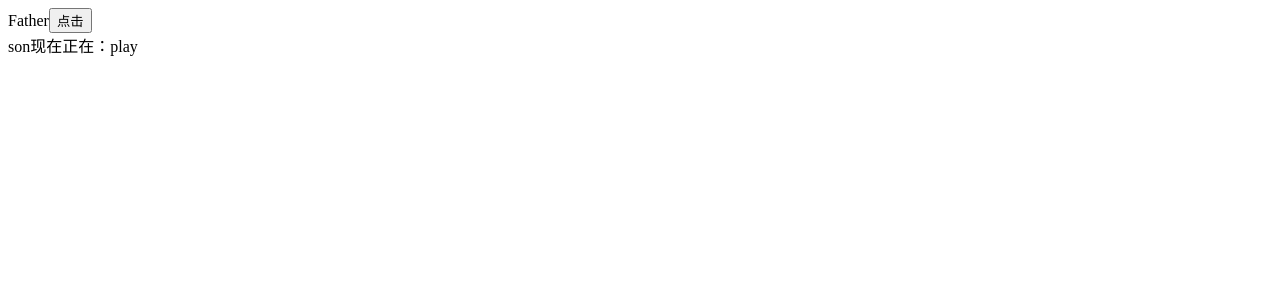
Repository: WanYouwen/react_study_code
Page: day01/01-基础/10-state-change.html
These files come from the project's save history. The page is drawn as it stood at one moment and after the next save; the edit follows.
The browser window is 1280 px wide. The pictures show the whole page.

Above is the page before, as saved 2020-08-04 17:09:16.

### day01/01-基础/10-state-change.html
<!DOCTYPE html>
<html lang="en">
  <head>
    <meta charset="UTF-8" />
    <meta name="viewport" content="width=device-width, initial-scale=1.0" />
    <meta http-equiv="X-UA-Compatible" content="ie=edge" />
    <title></title>
  </head>
  <body>
    <div id="app"></div>
  </body>
  <script src="../../base/react.min.js"></script>
  <script src="../../base/react-dom.min.js"></script>
  <script src="../../base//browser.min.js"></script>

  <script type="text/babel">
    /*
    总结：
      父子组件通信
        1. state定义在父组件中
        2. 父组件更改
        3. 父组件通过属性绑定 传递 数据给 子组件


        状态只和自己相关，由自己维护

        属性不要自己修改，可以从父组件获取，也可以子组件自己设置

        组件在运行时自己需要修改的数据其实就是状态而已

   */

    // var Father = React.createClass({
    //   getDefaultProps: function(){
    //     return {
    //       name: '张三'
    //     }
    //   },
    //   getInitialState: function(){
    //     return {
    //       doing: 'playing games'
    //     }
    //   },
    //   stateChange: function(){
    //     this.setState({
    //       doing: 'do homework'
    //     })
    //   },
    //   render: function(){
    //     return (
    //       <div>
    //         Father
    //         <button onClick = { this.stateChange } > 踢一脚 </button>
    //         老爸的名字是： { this.props.name }
    //         <hr/>
    //         <Son doing = { this.state.doing }></Son>
    //       </div>
    //     )
    //   }
    // })
    var Father = React.createClass({
      getDefaultProps() {
        return {
          name: 'zhangsan',
        };
      },
      getInitialState() {
        return {
          doing: 'play',
        };
      },
      stateChange() {
        this.setState({
          doing: 'do homework',
        });
      },
      render() {
        console.log(this, 'Father');
        return (
          <div>
            Father
            <button onClick={this.stateChange}>点击</button>
            <Son doing={this.state.doing}></Son>
          </div>
        );
      },
    });

    var Son = React.createClass({
      render() {
        console.log(this, 'Son');
        return <div>son现在正在：{this.props.doing}</div>;
      },
    });

    // var Son = React.createClass({

    //   render: function(){
    //     return (
    //       <div>
    //         son现在正在： { this.props.doing }
    //       </div>
    //     )
    //   }
    // })
    class Clock extends React.Component {
      constructor(props) {
        super(props);
        this.state = { date: new Date() };
      }

      render() {
        return (
          <div>
            <h1>Hello, world!</h1>
            <h2>It is {this.state.date.toLocaleTimeString()}.</h2>
          </div>
        );
      }
    }
    ReactDOM.render(<Father />, app);
  </script>
</html>

Loaded but not shown: base/react.min.js (library); base/react-dom.min.js (library); base/browser.min.js (library)

After the next save:
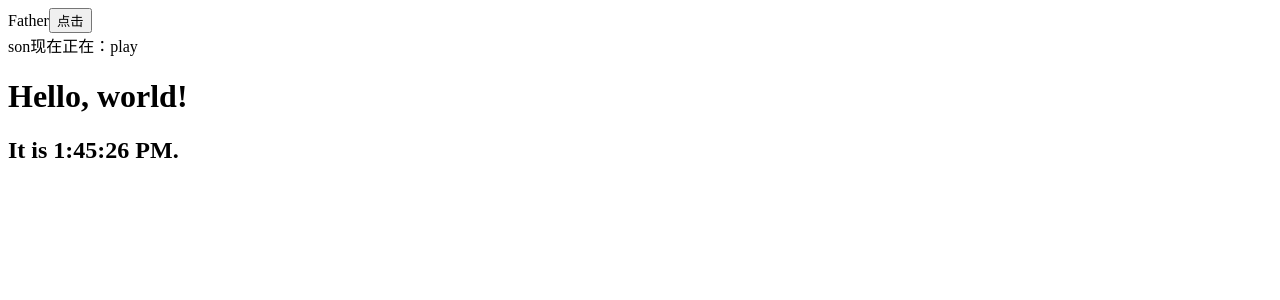
Saved 17 s later.
--- a/day01/01-基础/10-state-change.html
+++ b/day01/01-基础/10-state-change.html
@@ -81,6 +81,7 @@
             Father
             <button onClick={this.stateChange}>点击</button>
             <Son doing={this.state.doing}></Son>
+            <Clock></Clock>
           </div>
         );
       },
